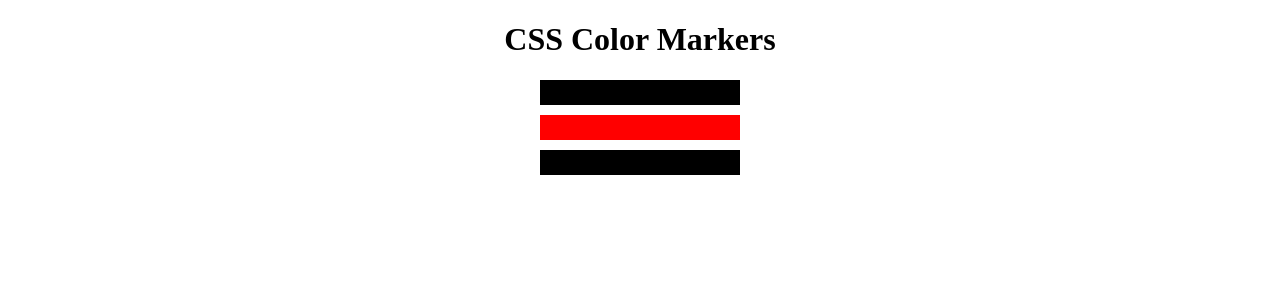
Repository: AimenDje/ColoredMarkers
Page: index.html
These files come from the project's save history. The page is drawn as it stood at one moment and after the next save; the edit follows.
The browser window is 1280 px wide. The pictures show the whole page.

Above is the page before, as saved 2025-05-08 16:26:51.

### index.html
<!DOCTYPE html>
<html lang="en">
    <head>
        <meta charset="utf-8">
        <meta name="viewport" content="width=device-width, initial-scale=1.0">
        <link rel="stylesheet" href="styles.css">
        <title>Colored Markers</title>
    </head>
    <body>
        <h1>CSS Color Markers</h1>
        <div class="container">
            <div class="marker one">
            </div>
            <div class="marker two">
            </div>
            <div class="marker three">
            </div>
        </div>
      </body>
</html>

### styles.css
h1 {
    text-align:center;
}

.marker {
    width: 200px;
    height: 25px;
    margin: 10px auto;
  }

.one {
    background-color: rgb(0, 0, 0);
}

.two {
    background-color: rgb(255,0, 0);
}

.three {
    background-color: rgb(0, 0, 0);
}

After the next save:
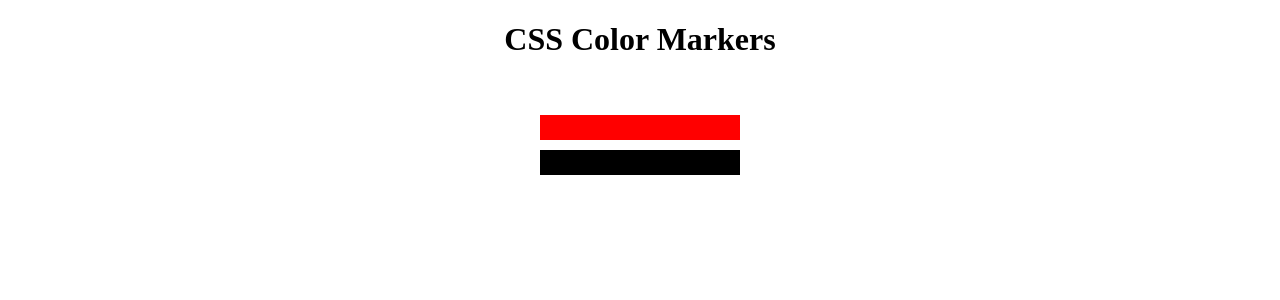
Saved 2 min 6 s later.
--- a/index.html
+++ b/index.html
@@ -9,7 +9,7 @@
     <body>
         <h1>CSS Color Markers</h1>
         <div class="container">
-            <div class="marker one">
+            <div class="marker red">
             </div>
             <div class="marker two">
             </div>

After the save that followed:
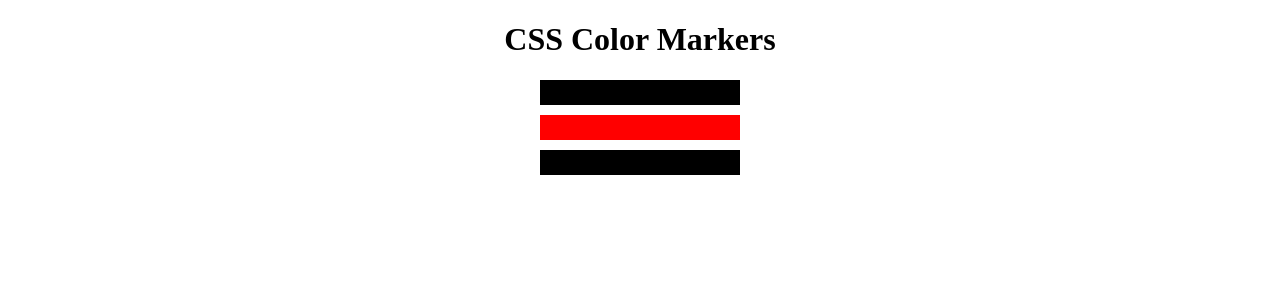
Saved 35 s later.
--- a/styles.css
+++ b/styles.css
@@ -8,7 +8,7 @@
     margin: 10px auto;
   }
 
-.one {
+.red {
     background-color: rgb(0, 0, 0);
 }
 
